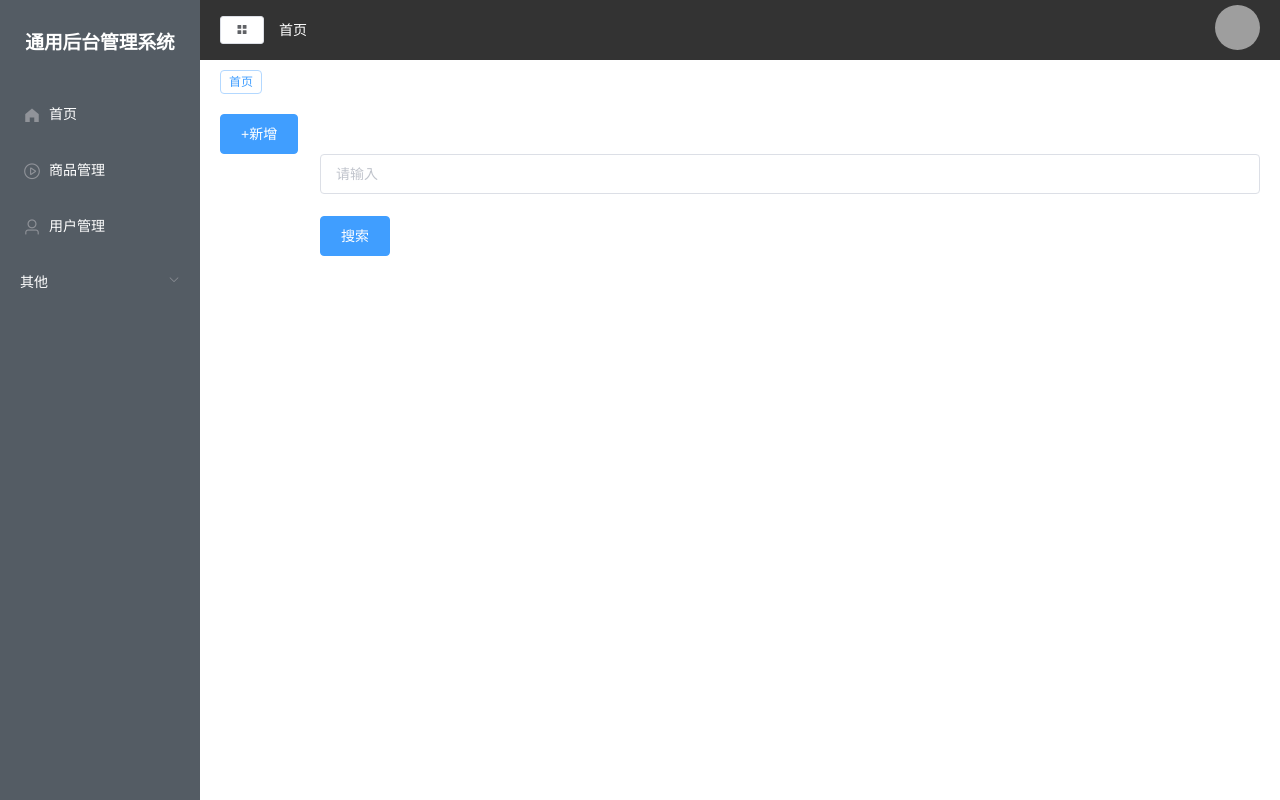
Repository: zhangwen001208/cmd
Page: /user
An editor plug-in stored every save of this project. The page is shown before and after the next save, followed by the edit.
The browser window is 1280 px wide. The pictures show the whole page.
Pictures or frames that could not be fetched are drawn as grey boxes. The project was rebuilt for these pictures with package versions that can differ from the ones it lists, and the page was loaded fresh each time. Also part of the build but not shown: vue.config.js.

Above is the page before, as saved 2022-08-29 10:56:27.

After the next save:
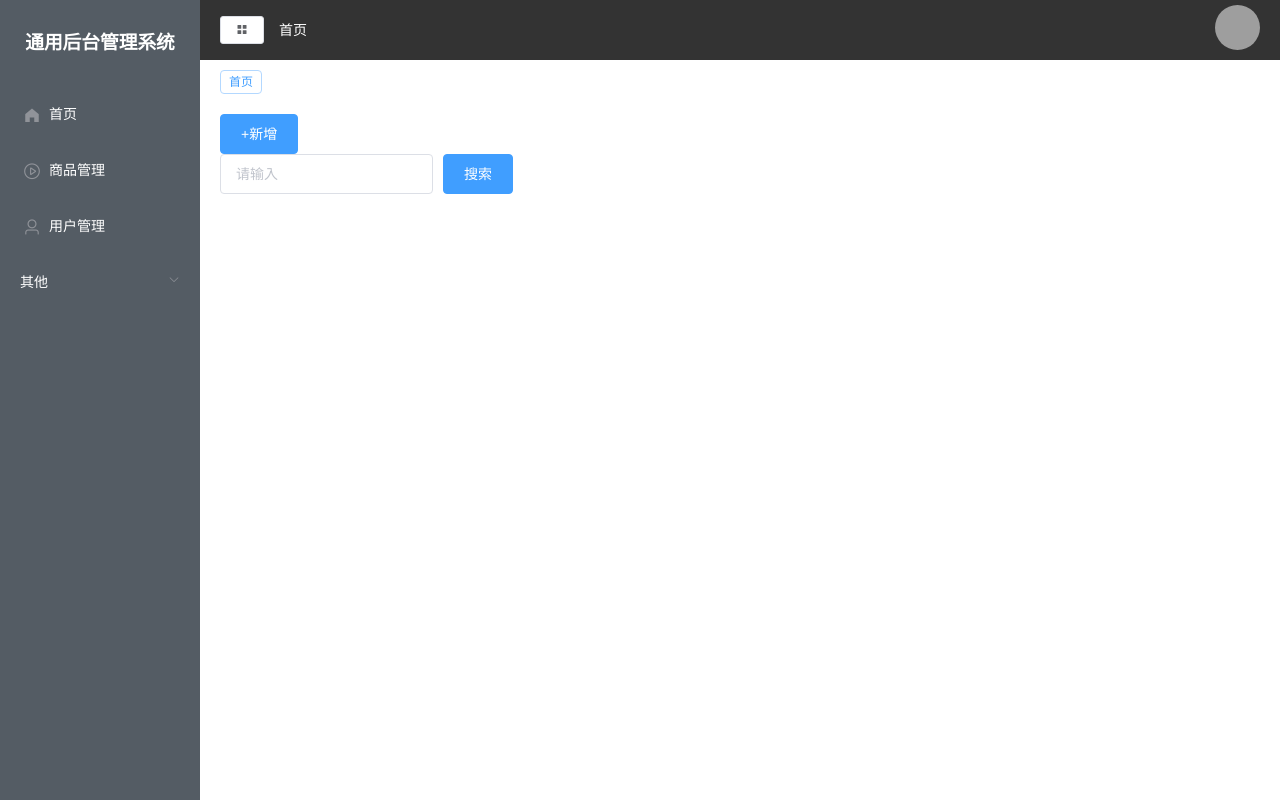
Saved 59 s later.
--- a/src/components/commendFrom.vue
+++ b/src/components/commendFrom.vue
@@ -1,5 +1,5 @@
 <template>
-    <el-form ref='form' label-width= '100px' :v-model="form" :inline = 'inline'>
+    <el-form ref='form' label-width= '100px' :v-model="form" :inline = 'inLine'>
         <el-form-item v-for="item in formLabel" :key="item.label" :label="item.label">
             <el-input
             v-if="item.type === 'input'"
